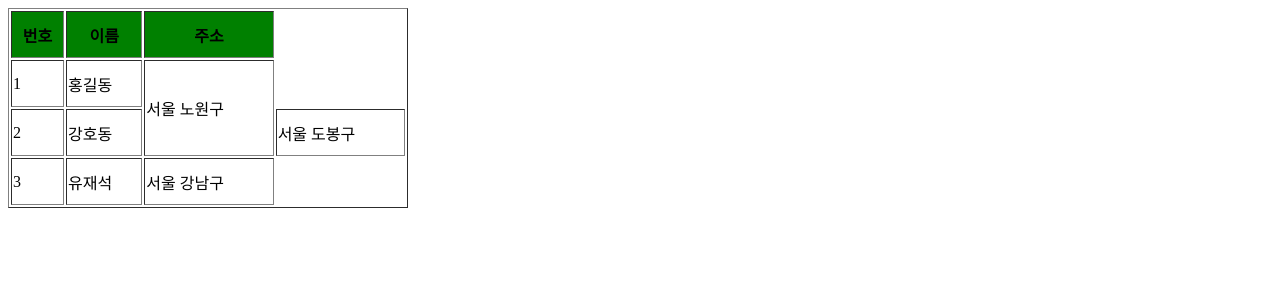
Repository: sungeunbyeol/Nowon-ezen-jsp
Page: test/WebContent/test08.html
These files come from the project's save history. The page is drawn as it stood at one moment and after the next save; the edit follows.
The browser window is 1280 px wide. The pictures show the whole page.

Above is the page before, as saved 2021-11-02 03:24:35.

### test/WebContent/test08.html
<!-- test08.html -->
<!DOCTYPE html>
<html>
<head>
<meta charset="EUC-KR">
<title>표만들기</title>
</head>
<body>
	<table border="1"  width="400" height="200">
		<tr bgcolor="green">
			<th>번호</th>
			<th>이름</th>
			<th>주소</th>
		</tr>
		<tr>
			<td>1</td>
			<td>홍길동</td>
			<td rowspan="2">서울 노원구</td>
		</tr>
		<tr>
			<td>2</td>
			<td>강호동</td>
			<td>서울 도봉구</td>
		</tr>
		<tr>
			<td>3</td>
			<td>유재석</td>
			<td>서울 강남구</td>
		</tr>
	</table>
</body>
</html>

After the next save:
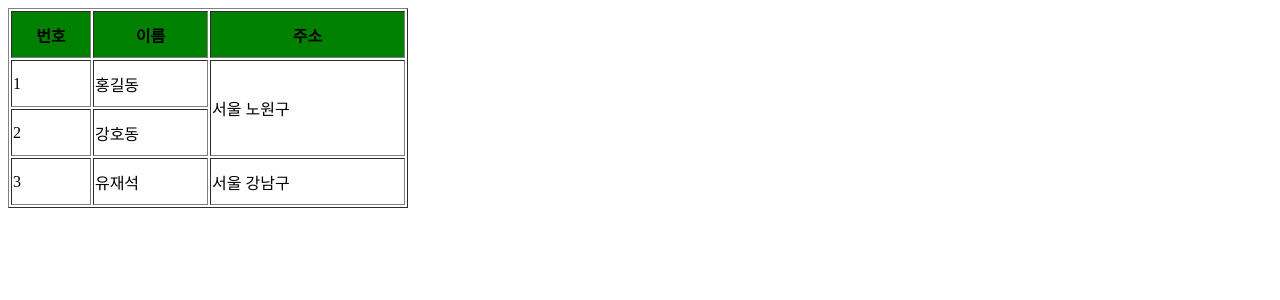
Saved 7 s later.
--- a/test/WebContent/test08.html
+++ b/test/WebContent/test08.html
@@ -20,7 +20,7 @@
 		<tr>
 			<td>2</td>
 			<td>강호동</td>
-			<td>서울 도봉구</td>
+
 		</tr>
 		<tr>
 			<td>3</td>
